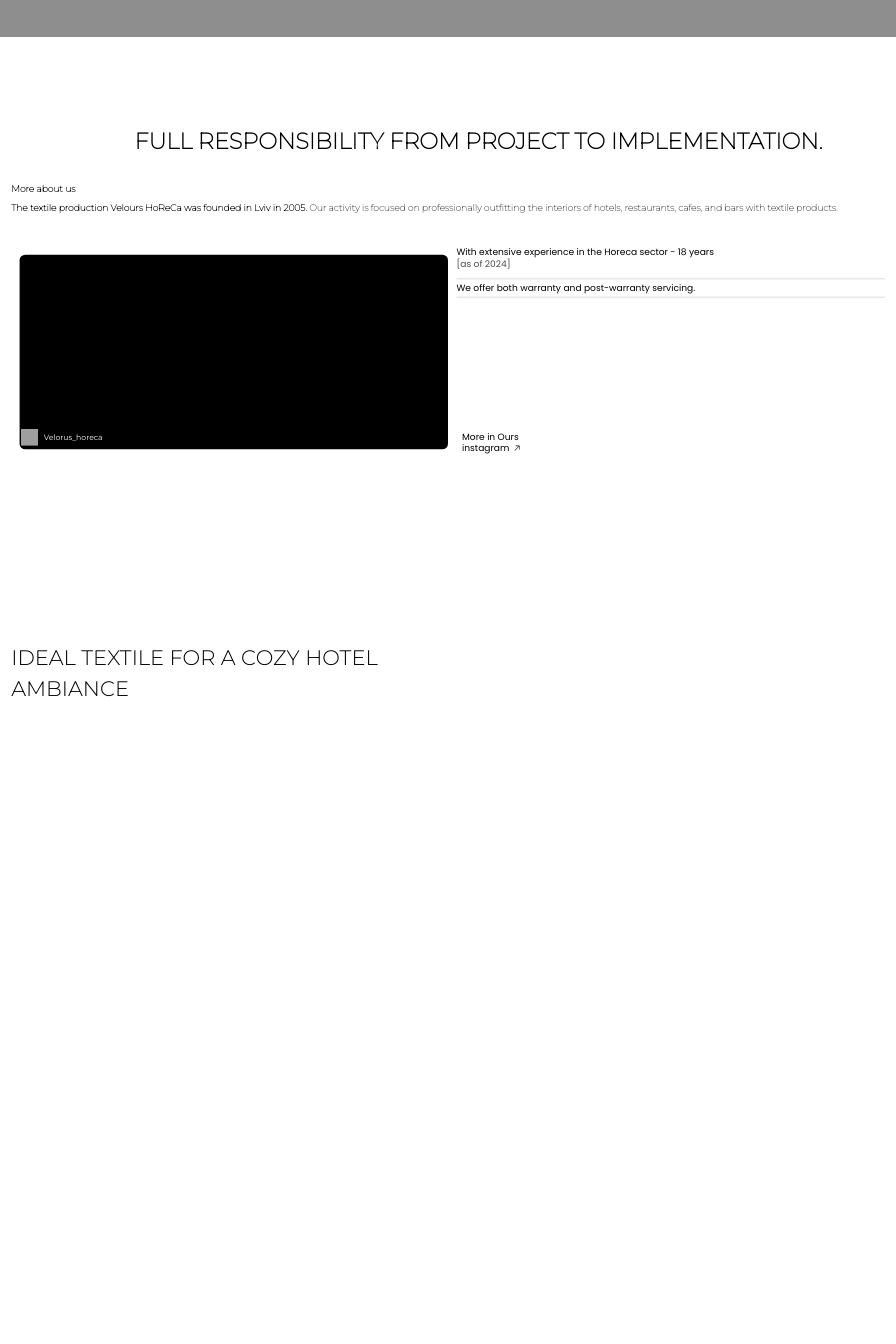
Repository: nikhilsinghrathore1/Shery_02
Page: /
An editor plug-in stored every save of this project. The page is shown before and after the next save, followed by the edit.
The browser window is 1280 px wide. The pictures show the part of the page from y = 2827 to 4747 px (the page is 5544 px tall), at 70% of full size.
Pictures or frames that could not be fetched are drawn as grey boxes. The project was rebuilt for these pictures with package versions that can differ from the ones it lists, and the page was loaded fresh each time. Also part of the build but not shown: vite.config.js.

Above is the page before, as saved 2024-07-18 03:06:17.

After the next save:
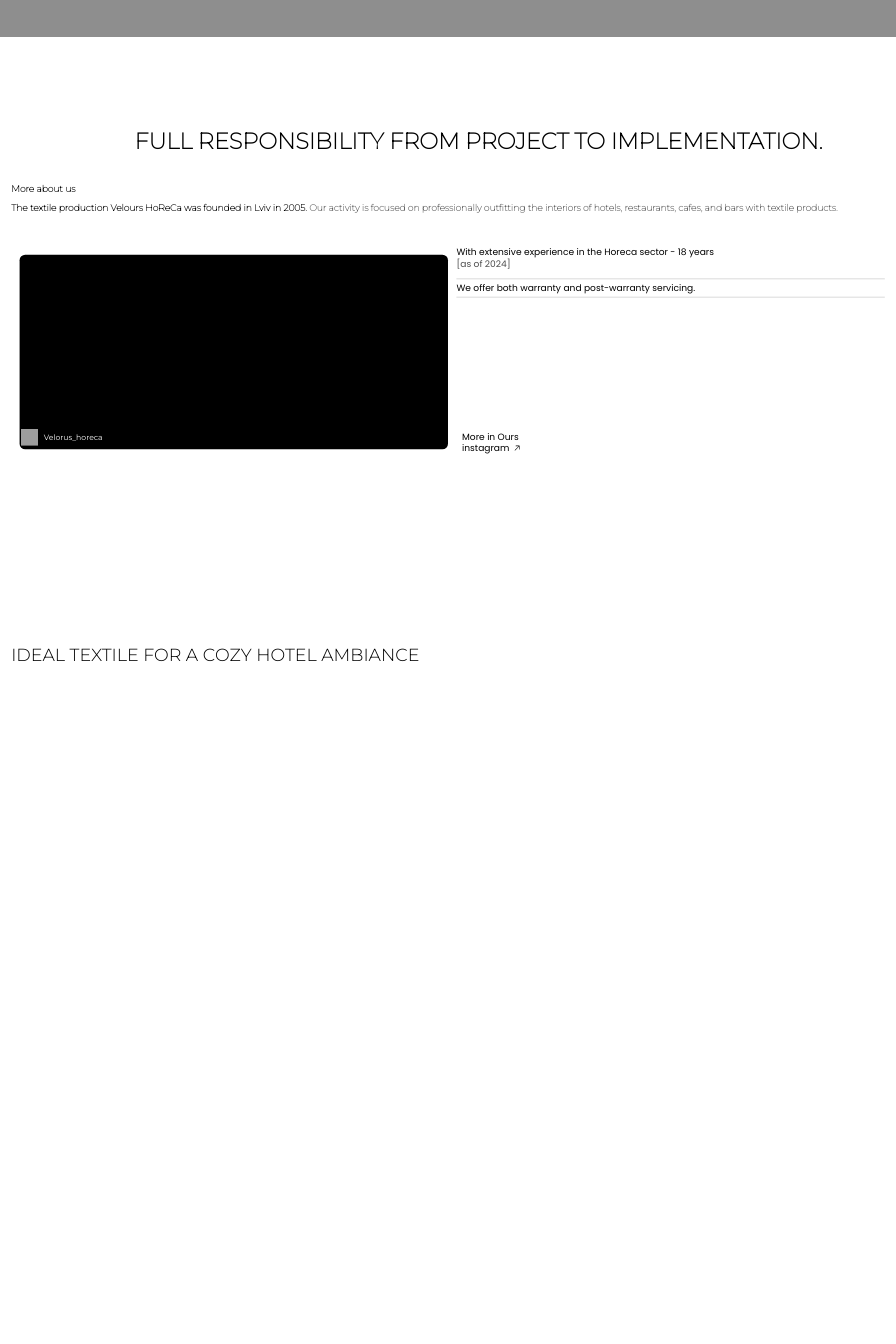
Saved 6 s later.
--- a/src/pages/Landing.jsx
+++ b/src/pages/Landing.jsx
@@ -55,7 +55,7 @@ const Landing = () => {
                </div>
 
                <div className='w-full h-[250vh] px-4'>
-                              <div className=' uppercase text-[30px] w-[50%] f1 font-light '>
+                              <div className=' uppercase text-[25px] w-[50%] f1 font-light '>
                                              <p>ideal textile for a cozy hotel ambiance</p>
                               </div>
                </div>
